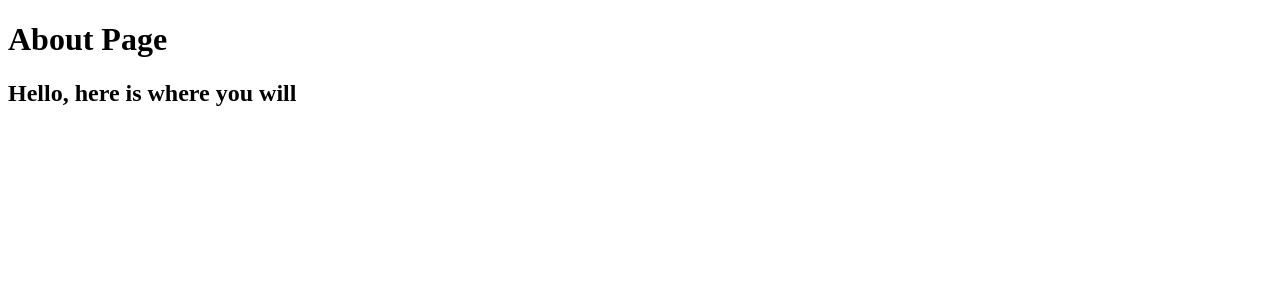
Repository: MelindaN14/My-Personal-Website
Page: about.html
The author's editor kept a copy of each file at every save. The page is drawn from the files as they stood at one save, then again after a run of saves.
The browser window is 1280 px wide. The pictures show the whole page.

Above is the page before, as saved 2024-03-18 20:18:28.

After the next 4 saves:
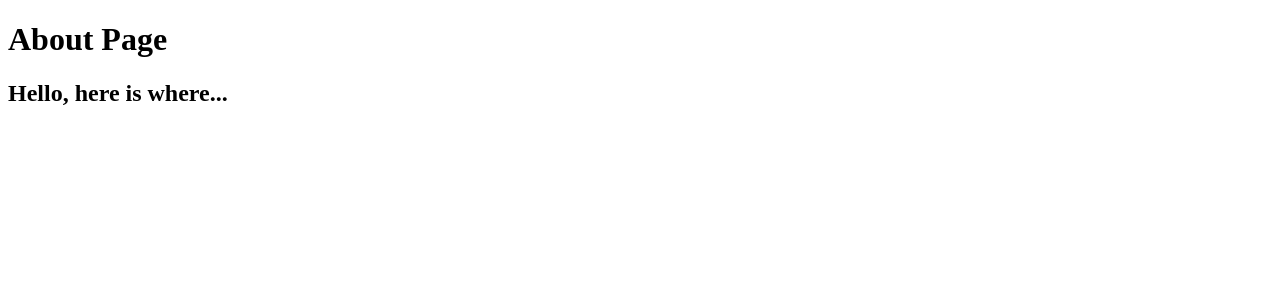
The 4 saves are shown as one change because they came seconds apart.
The last was saved 11 s later.
--- a/about.html
+++ b/about.html
@@ -6,7 +6,8 @@
     <title>About Page</title>
 </head>
 <h1>About Page</h1>
-<h2>Hello, here is where you will </h2>
+<h2>Hello, here is where...</h2>
+<p></p>
 <body>
 
 </body>
